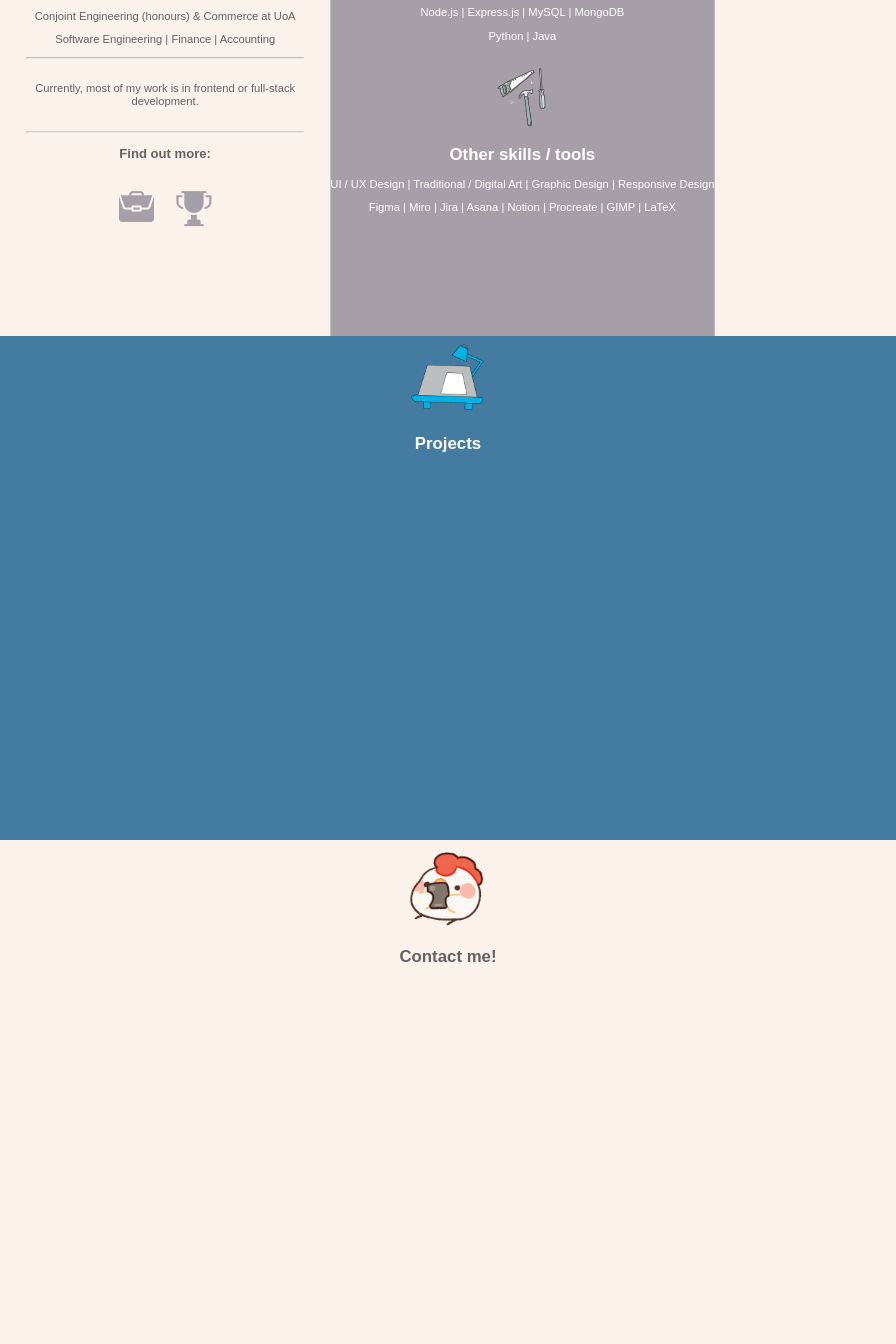
Repository: lukisoo/lukisoo-portfolio
Page: /
The author's editor kept a copy of each file at every save. The page is drawn from the files as they stood at one save, then again after the next save.
The browser window is 1280 px wide. The pictures show the part of the page from y = 960 to 2880 px (the page is 2880 px tall before and 2347 px after), at 70% of full size.
The project was rebuilt for these pictures with package versions that can differ from the ones it lists, and the page was loaded fresh each time.

Above is the page before, as saved 2022-07-31 17:06:22.

After the next save:
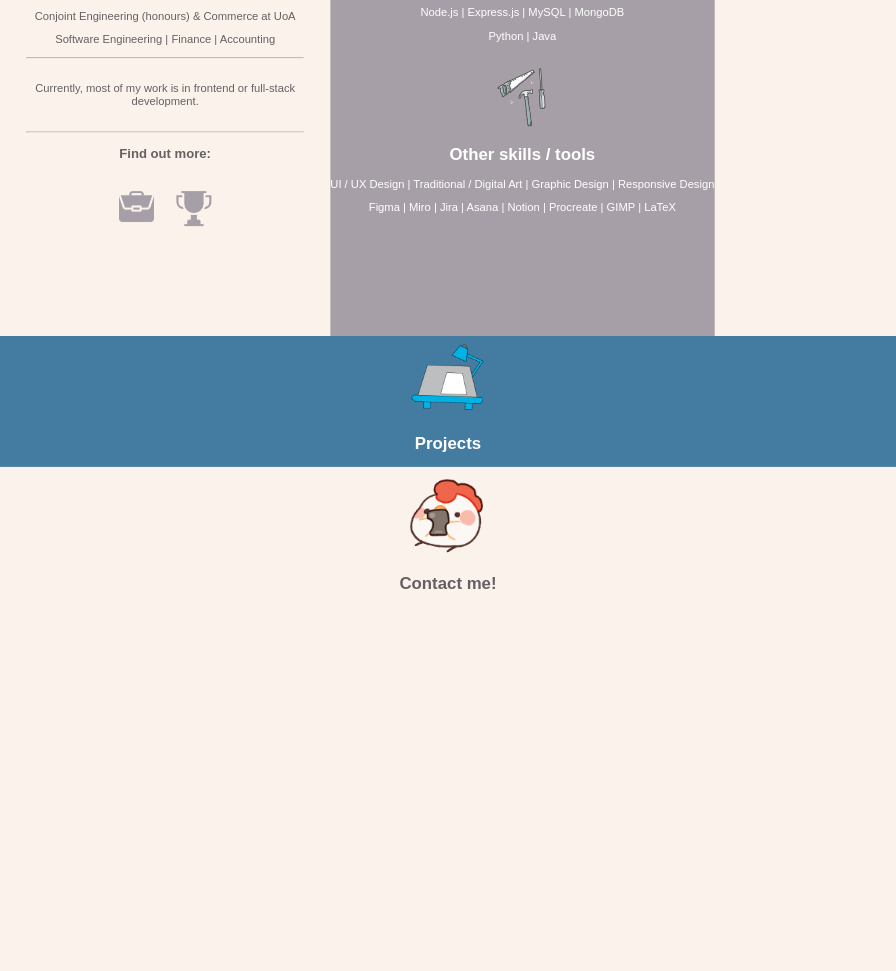
Saved 9 s later.
--- a/src/App.js
+++ b/src/App.js
@@ -192,7 +192,7 @@ function App() {
         </div>
       </section>
 
-      <section id="projects-section" className="full-section">
+      <section id="projects-section" className="full-section-projects">
         <div>
           <img src={Projects} className="projects-gif" alt="Projects" />
           <h1>Projects</h1>
